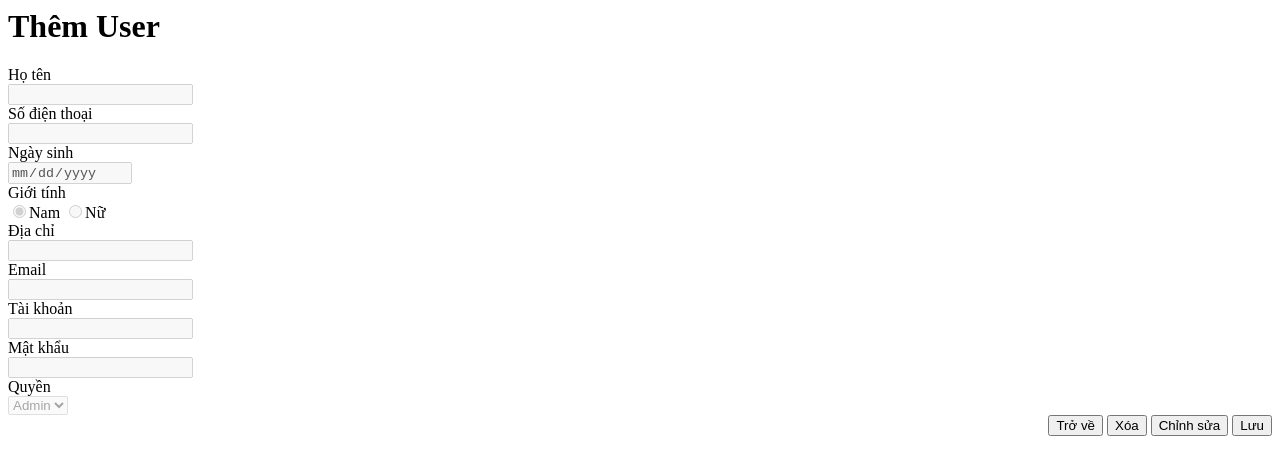
Repository: gohanmystic/T04_webraovat
Page: webraovat/webraovat/WebContent/app/admin/user/user-detail.html
An editor plug-in stored every save of this project. The page is shown before and after the next save, followed by the edit.
The browser window is 1280 px wide. The pictures show the whole page.

Above is the page before, as saved 2017-12-01 10:27:11.

### webraovat/webraovat/WebContent/app/admin/user/user-detail.html

<div class="container-fluid">
    <div class="row">
            <div class="col-lg-12">
                <h1 class="page-header">Thêm User</h1>
            </div>
        </div>
    <div class="row">
        <div class="col-lg-12">
            <form role="form" name="">

            	<label for="name">Họ tên <span></span></label>
                <div class="form-group" >
                	<div class=" input-group">
                		<span class="input-group-addon"><i class="fa fa-user fa-fw"></i></span>
                    	<input disabled type="text" name="name"  class="form-control" ng-model="vm.user.fullName" >
                	</div>
                </div>
                <label for="phone">Số điện thoại <span></span></label>
                <div class="form-group" >
                	<div class=" input-group">
                		<span class="input-group-addon"><i class="fa fa-phone-square fa-fw"></i></span>
                    	<input disabled type="text" name="phone" class="form-control" ng-model="vm.user.phone" ng-pattern="/^[0-9]{10,20}$/" >
                	</div>
                </div>

                <label for="birthday">Ngày sinh</label>
                <div class="form-group input-group">
                    <span class="input-group-addon"><i class="fa fa-birthday-cake fa-fw"></i></span>
                    <input disabled id="birthday" type="date" class="form-control" ng-model="vm.user.birthday">
                </div>
                <label for="gender">Giới tính</label>
                <div class="form-group input-group" id="gender">
                    <span class="input-group-addon"><i class="fa fa-venus fa-fw"></i></span>
                    <div class="form-control">
                    	<label class="radio-inline">
	                        <input disabled type="radio" name="optionsRadiosInline" value="0" ng-model="vm.user.gender" checked>Nam
	                    </label>
	                    <label class="radio-inline">
	                        <input disabled type="radio" name="optionsRadiosInline" value="1" ng-model="vm.user.gender">Nữ
	                    </label>
                    </div>
                </div>

                <label for="address">Địa chỉ</label>
                <div class="form-group input-group">
                    <span class="input-group-addon"><i class="fa fa-map-marker fa-fw"></i></span>
                    <input disabled id="address" type="text" class="form-control" ng-model="vm.user.address" googleplace>
                </div>

                <label for="email">Email</label>
                <div class="form-group" >
                	<div class="input-group">
                		<span class="input-group-addon"><i class="fa fa-envelope fa-fw"></i></span>
                    	<input disabled type="email" name="email" class="form-control" ng-model="vm.user.email">
                	</div>
                </div>

                <label for="username">Tài khoản <span></span></label>
                <div class="form-group" >
                	<div class="input-group">
                		<span class="input-group-addon"><i class="fa fa-user fa-fw"></i></span>
                    	<input disabled type="text" name="username" class="form-control" ng-model="vm.user.userName" >
                	</div>
                </div>

                <label for="password">Mật khẩu <span></span></label>
                <div class="form-group" >
                	<div class="input-group">
	                	<span class="input-group-addon"><i class="fa fa-key fa-fw"></i></span>
	                    <input disabled type="password" name="password" class="form-control" ng-model="vm.user.passWord" >
                	</div>
                </div>

                <label for="level">Quyền <span></span></label>
                <div class="form-group" >
                	<div class="input-group">
                		<span class="input-group-addon"><i class="fa fa-code fa-fw"></i></span>
	                    <select disabled name="level" class="form-control" ng-model="vm.user.level" >
	                        <option value="0">Admin</option>
	                        <option value="1">User</option>
	                    </select>
                	</div>
                </div>

                <div class="form-group" style="float:right">
                    <button type="button" class="btn btn-default" onclick="window.history.back()"><i class="fa fa-undo fa-fw"></i>Trở về</button>
                    <button type="button" class="btn btn-danger" ng-click="vm.delete(vm.user.userID)"><i class="fa fa-trash fa-fw"></i>Xóa</button>
                    <button type="button" class="btn btn-info" ui-sref="user-update({userID : vm.user.userID})"><i class="fa fa-pencil fa-fw"></i>Chỉnh sửa</button>
                    <button ng-click="vm.save()" type="button" class="btn btn-success"><i class="fa fa-floppy-o fa-fw"></i>Lưu</button>
                </div>
            </form>
        </div>
    </div>
</div>

After the next save:
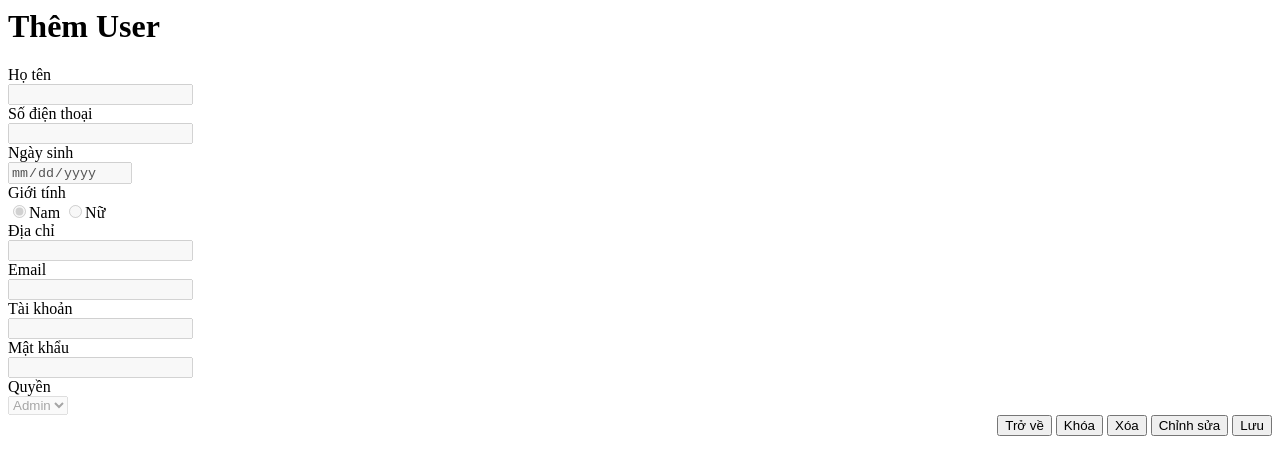
Saved 28 s later.
--- a/webraovat/webraovat/WebContent/app/admin/user/user-detail.html
+++ b/webraovat/webraovat/WebContent/app/admin/user/user-detail.html
@@ -85,6 +85,7 @@
 
                 <div class="form-group" style="float:right">
                     <button type="button" class="btn btn-default" onclick="window.history.back()"><i class="fa fa-undo fa-fw"></i>Trở về</button>
+                    <button type="button" class="btn btn-warning" ng-click="vm.delete(vm.user.userID)"><i class="fa fa-lock fa-fw"></i>Khóa</button>
                     <button type="button" class="btn btn-danger" ng-click="vm.delete(vm.user.userID)"><i class="fa fa-trash fa-fw"></i>Xóa</button>
                     <button type="button" class="btn btn-info" ui-sref="user-update({userID : vm.user.userID})"><i class="fa fa-pencil fa-fw"></i>Chỉnh sửa</button>
                     <button ng-click="vm.save()" type="button" class="btn btn-success"><i class="fa fa-floppy-o fa-fw"></i>Lưu</button>
